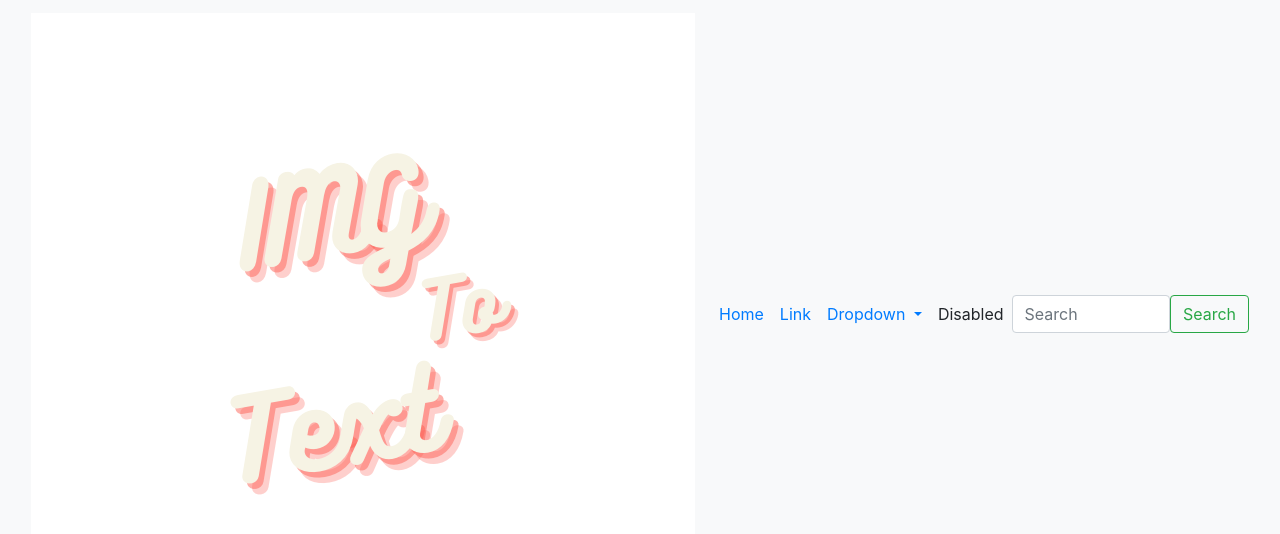
Repository: Tung1227/PBL6-2022
Page: index.html
The author's editor kept a copy of each file at every save. The page is drawn from the files as they stood at one save, then again after the next save.
The browser window is 1280 px wide. The pictures show the whole page.

Above is the page before, as saved 2022-09-15 21:11:39.

After the next save:
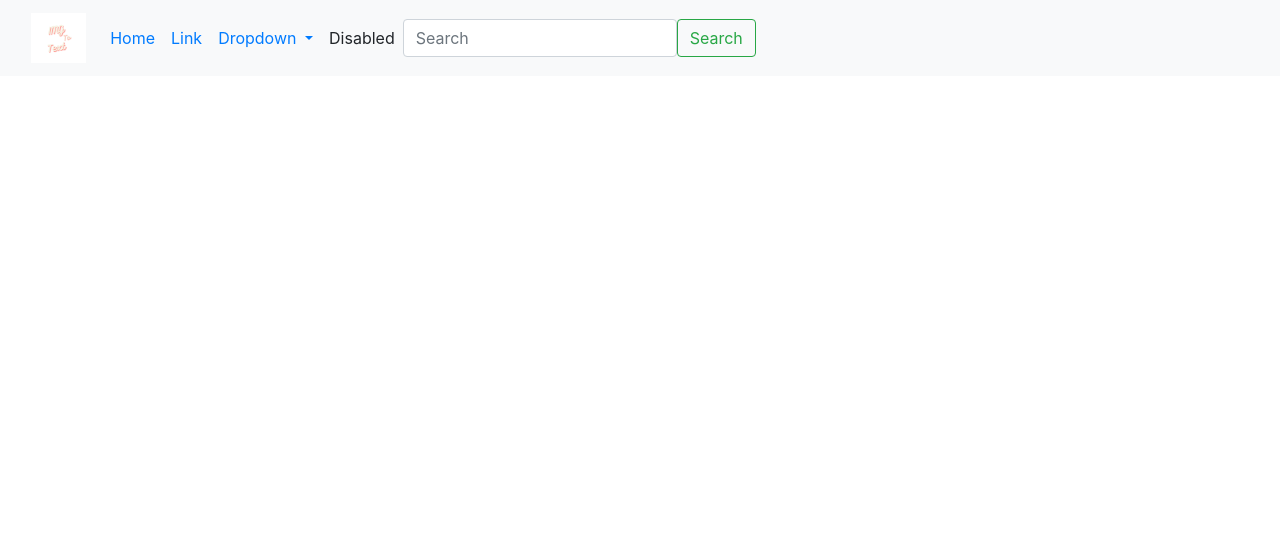
Saved 7 s later.
--- a/index.html
+++ b/index.html
@@ -15,7 +15,7 @@
 <body>
     <nav class="navbar navbar-expand-lg bg-light">
         <div class="container-fluid">
-            <a class="navbar-brand" href="#"><img src="public/img/logo.png" alt="" srcset=""></a>
+            <a class="navbar-brand" href="#"><img src="public/img/logo.png" alt="" srcset="" height="50"></a>
             <button class="navbar-toggler" type="button" data-bs-toggle="collapse"
                 data-bs-target="#navbarSupportedContent" aria-controls="navbarSupportedContent" aria-expanded="false"
                 aria-label="Toggle navigation">
